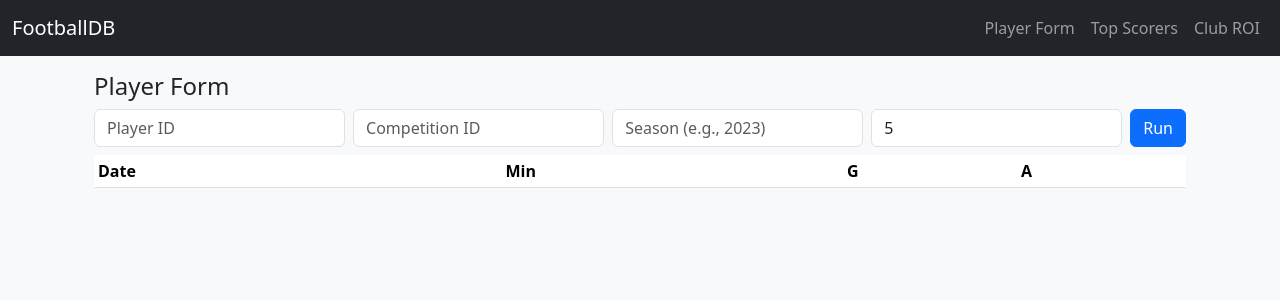
Repository: daniqusy/FootballDB
Page: http://localhost/player/form?player_id=${r.player_id}
The author's editor kept a copy of each file at every save. The page is drawn from the files as they stood at one save, then again after the next save.
The browser window is 1280 px wide. The pictures show the whole page.
The page is served by the project's application, run on Flask 3 (app.py).

Above is the page before, as saved 2025-11-02 14:24:12.

After the next save:
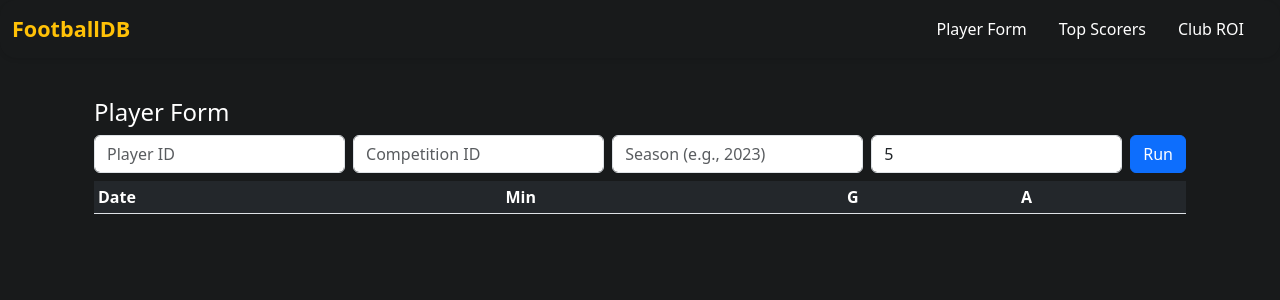
Saved 3 min 23 s later.
--- a/templates/base.html
+++ b/templates/base.html
@@ -6,21 +6,21 @@
   <link href="https://cdn.jsdelivr.net/npm/bootstrap@5.3.2/dist/css/bootstrap.min.css" rel="stylesheet">
   <link href="{{ url_for('static', filename='styles.css') }}" rel="stylesheet">
 </head>
-<body class="bg-light">
-<nav class="navbar navbar-expand-lg navbar-dark bg-dark mb-3">
+<body class="bg-dark text-white">
+<nav class="navbar navbar-expand-lg navbar-dark bg-black mb-3 shadow-sm rounded-4">
   <div class="container-fluid">
-    <a class="navbar-brand" href="/">FootballDB</a>
+    <a class="navbar-brand fw-bold text-warning" href="/">FootballDB</a>
     <div class="navbar-nav">
-      <a class="nav-link" href="/player/form">Player Form</a>
-      <a class="nav-link" href="/top-scorers">Top Scorers</a>
-      <a class="nav-link" href="/club/roi">Club ROI</a>
+      <a class="nav-link text-white" href="/player/form">Player Form</a>
+      <a class="nav-link text-white" href="/top-scorers">Top Scorers</a>
+      <a class="nav-link text-white" href="/club/roi">Club ROI</a>
     </div>
   </div>
 </nav>
-<div class="container">
+<div class="container py-4">
   {% block body %}
-  <h1 class="h4 mb-3">Welcome</h1>
-  <p>Select a page from the navbar.</p>
+  <h1 class="h4 mb-3 text-warning">Welcome</h1>
+  <p class="lead text-secondary">Select a page from the navbar.</p>
   {% endblock %}
 </div>
 </body>
--- a/static/styles.css
+++ b/static/styles.css
@@ -1,4 +1,58 @@
-.table td, .table th { vertical-align: middle; }
+
+.table td, .table th { vertical-align: middle; background: #23272b; color: #fff; }
+
+body.bg-dark {
+  background: #181a1b !important;
+  color: #fff !important;
+}
+
+.navbar.bg-black {
+  background: #181a1b !important;
+  border-radius: 1rem;
+  box-shadow: 0 2px 12px rgba(0,0,0,0.12);
+}
+.navbar .navbar-brand {
+  color: #ffc107 !important;
+  font-weight: 700;
+  font-size: 1.35rem;
+}
+.navbar .nav-link {
+  color: #fff !important;
+  font-weight: 500;
+  margin-right: 1rem;
+  transition: color 0.2s;
+}
+.navbar .nav-link:hover {
+  color: #ffc107 !important;
+}
+
+.container, .container-fluid {
+  background: transparent !important;
+}
+
+.card, .league-card {
+  background: #181a1b !important;
+  color: #fff !important;
+  border-radius: 1rem;
+  box-shadow: 0 2px 12px rgba(0,0,0,0.08);
+}
+.card-header {
+  background: #181a1b !important;
+  color: #fff !important;
+  font-weight: 600;
+  border-radius: 1rem 1rem 0 0;
+  border: none;
+  font-size: 1.1rem;
+}
+.table-striped > tbody > tr:nth-of-type(odd) {
+  background-color: #23272b !important;
+}
+.table-striped > tbody > tr:nth-of-type(even) {
+  background-color: #181a1b !important;
+}
+.lead {
+  color: #bdbdbd !important;
+}
 
 .league-card {
   border-radius: 1rem;
